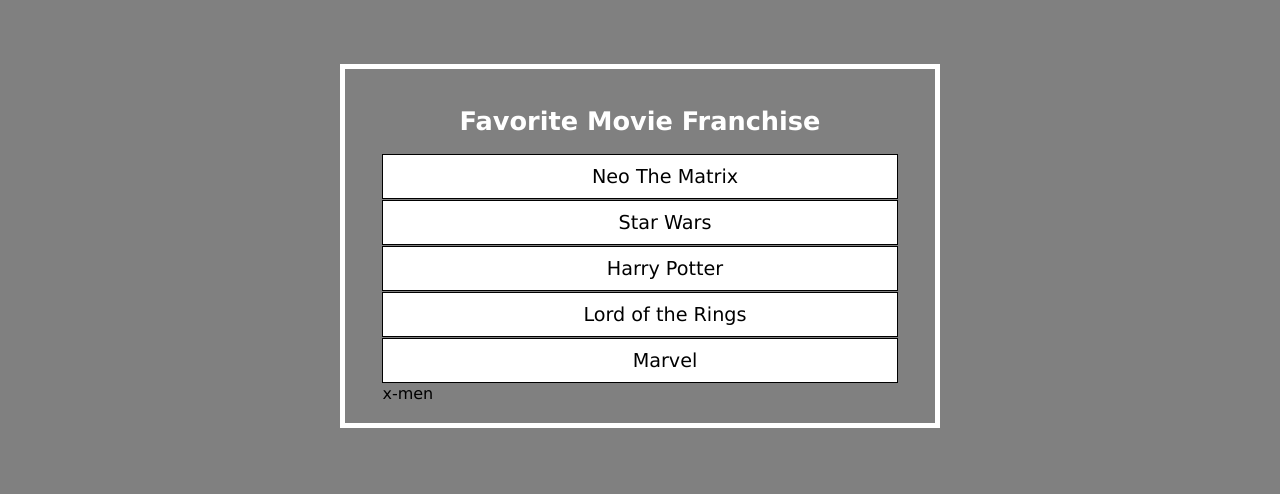
Repository: wakoya-tech/react-project
Page: Desktop/shaakala/jaal/index.html
These files come from the project's save history. The page is drawn as it stood at one moment and after the next save; the edit follows.
The browser window is 1280 px wide. The pictures show the whole page.

Above is the page before, as saved 2025-08-26 19:11:29.

### Desktop/shaakala/jaal/index.html
<!DOCTYPE html>
<html lang="en">
<head>
  <meta charset="UTF-8">
  <meta name="viewport" content="width=device-width, initial-scale=1.0">
  <title>Responsive Box Example</title>
  <style>
    * {
      box-sizing: border-box;
    }

    body {
      font-family: Verdana, Geneva, Tahoma, sans-serif;
      background: gray;
      margin: 0;
    }

    .container {
      display: flex;
      flex-direction: column;
      justify-content: center;
      align-items: center;
      border: 5px solid white;
      padding: 20px;
      margin: 5% auto;
      width: 80%;
      max-width: 600px;
    }

    ul {
      list-style: none;
      padding: 0;
      margin: 0;
    }

    #main-heading {
      font-size: clamp(18px, 2vw, 32px);
      color: white;
    }

    .list-items {
        display: block;
      font-size: clamp(16px, 1.5vw, 24px);
      border: 1px solid black;
      /*padding: 5px 200px;*/
      width: 100%;
      padding: 10px 150px 10px 200px ;
      background-color: white;
     text-align: center;
      margin: 1px 0;
      overflow: hidden;


    }
  </style>
</head>
<body>
  <div class="container">
    <h1 id="main-heading">Favorite Movie Franchise</h1>
    <ul>
      <li class="list-items">
        <span>Neo </span>The Matrix</li>
      <li class="list-items">Star Wars</li>
      <li class="list-items">Harry Potter</li>
      <li class="list-items">Lord of the Rings</li>
      <li class="list-items">Marvel</li>
    </ul>
  </div>
  <script src="../jaal/script.js"></script>
</body>
</html>

### Desktop/shaakala/jaal/script.js
/*const title = document.querySelector('#main-heading');
title.style.color = 'red';
console.log(title);
const listitems = document.querySelectorAll('.list-items');
for(i=0; i < listitems.length; i++)
{
  listitems[i].style.fontSize = '1rem';
}

console.log(listitems);*/
const ul = document.querySelector('ul');
const li= document.createElement('li');
ul.append(li)

/*const firstListitems = document.querySelector('.list-items');
console.log(firstListitems.innerText);
console.log(firstListitems.textContent);
console.log(firstListitems.innerHTML);*/

li.innerText = 'x-men';

/*li.setAttribute('id','main-heading');
li.removeAttribute('id');
const title = document.querySelector('#main-heading')
console.log(title.getAttribute('id'));
*/
li.classList.remove('list-items')

After the next save:
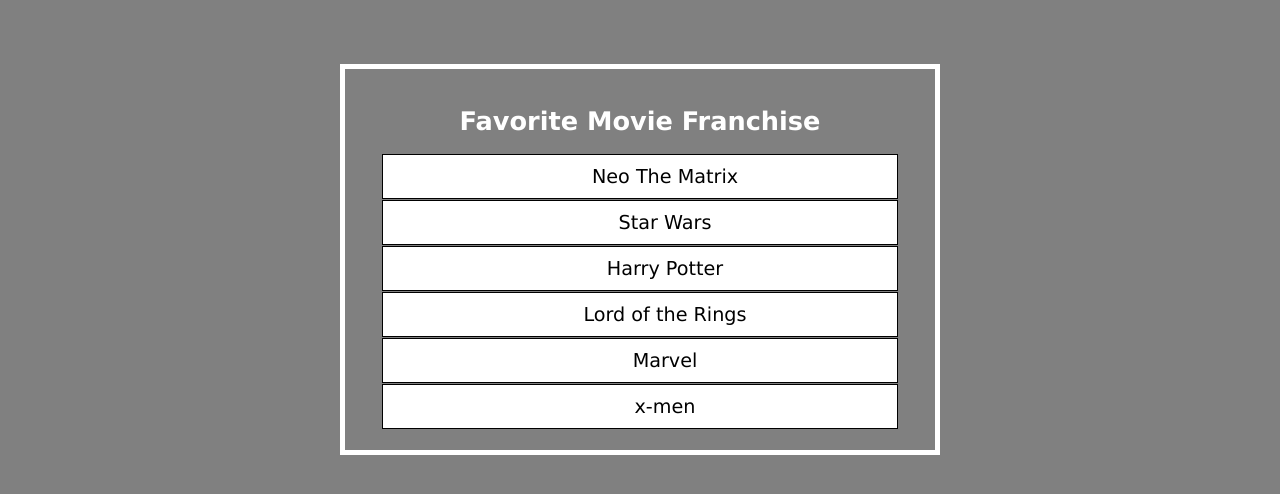
Saved 10 s later.
--- a/Desktop/shaakala/jaal/script.js
+++ b/Desktop/shaakala/jaal/script.js
@@ -24,4 +24,4 @@ li.removeAttribute('id');
 const title = document.querySelector('#main-heading')
 console.log(title.getAttribute('id'));
 */
-li.classList.remove('list-items')
+li.classList.add('list-items')
